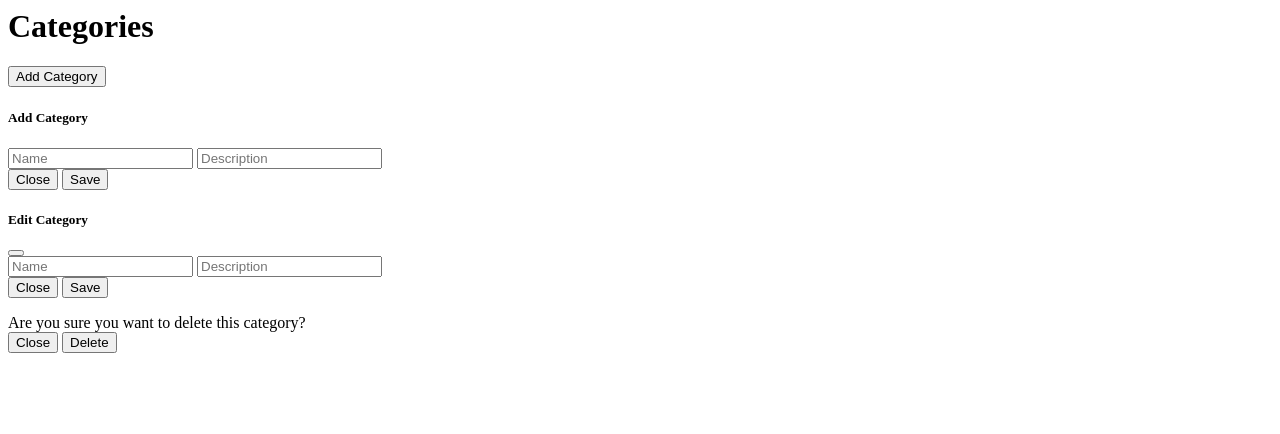
Repository: kanitafoco/kanita-foco
Page: frontend/views/categories.html
An editor plug-in stored every save of this project. The page is shown before and after the next save, followed by the edit.
The browser window is 1280 px wide. The pictures show the whole page.

Above is the page before, as saved 2025-12-09 21:33:43.
Console error: ReferenceError: $ is not defined

After the next save:
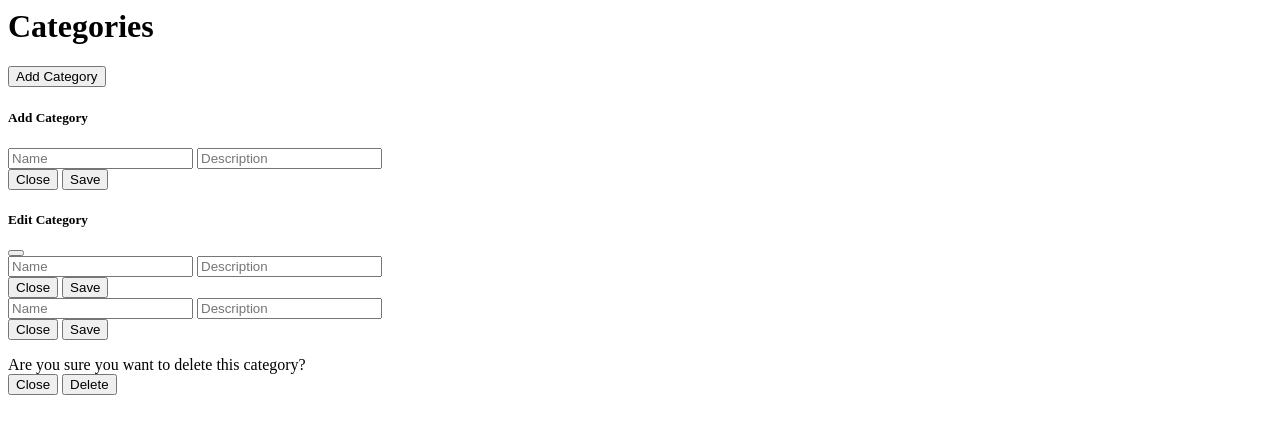
Saved 102 s later.
--- a/frontend/views/categories.html
+++ b/frontend/views/categories.html
@@ -51,6 +51,15 @@
             <button type="submit" class="btn btn-primary">Save</button>
           </div>
 
+          <div class="modal-body">
+            <input class="form-control mb-2" name="name" placeholder="Name" required>
+            <input class="form-control mb-2" name="description" placeholder="Description" required>
+        </div>
+        <div class="modal-footer">
+            <button type="button" class="btn btn-secondary" onclick="CategoryService.closeModal()">Close</button>
+            <button type="submit" class="btn btn-primary">Save</button>
+        </div>
+
         </form>
 
       </div>

After the 2 saves that followed:
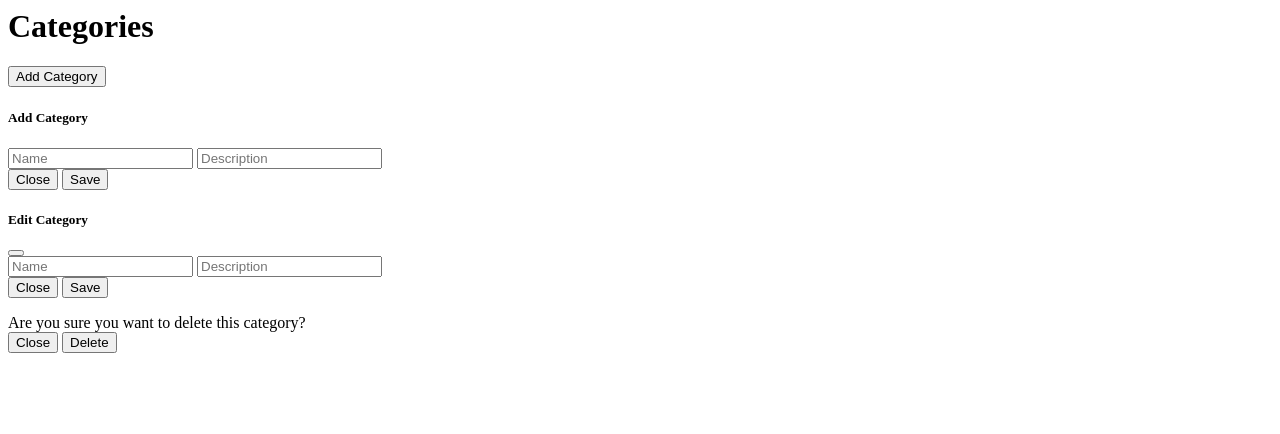
The 2 saves are shown as one change because they came seconds apart.
The last was saved 8 s later.
--- a/frontend/views/categories.html
+++ b/frontend/views/categories.html
@@ -51,14 +51,6 @@
             <button type="submit" class="btn btn-primary">Save</button>
           </div>
 
-          <div class="modal-body">
-            <input class="form-control mb-2" name="name" placeholder="Name" required>
-            <input class="form-control mb-2" name="description" placeholder="Description" required>
-        </div>
-        <div class="modal-footer">
-            <button type="button" class="btn btn-secondary" onclick="CategoryService.closeModal()">Close</button>
-            <button type="submit" class="btn btn-primary">Save</button>
-        </div>
 
         </form>
 
